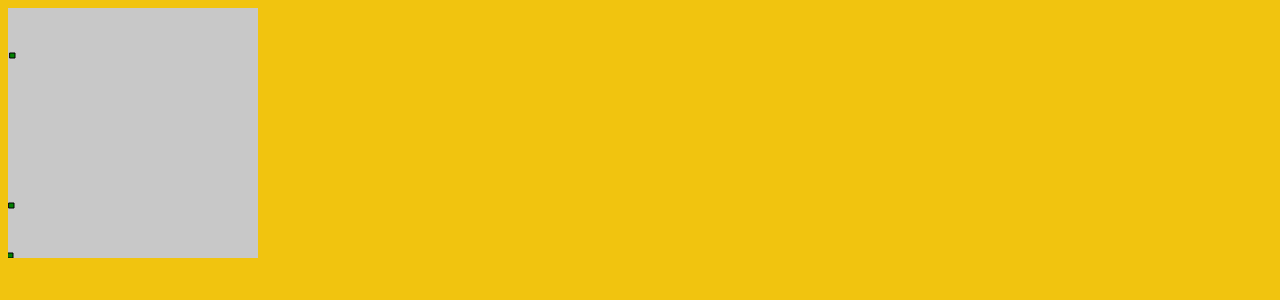
Repository: animarcus/graphing-app
Page: index.html
The author's editor kept a copy of each file at every save. The page is drawn from the files as they stood at one save, then again after a run of saves.
The browser window is 1280 px wide. The pictures show the whole page.
Some web libraries are served in a nearby version.

Above is the page before, as saved 2020-09-26 18:57:31.

### index.html
<!DOCTYPE html>
<html lang="en">
<head>
  <link rel="apple-touch-icon"sizes="180x180"href="/icons/apple-touch-icon.png">
  <link rel="icon"type="image/png"sizes="32x32"href="/icons/favicon-32x32.png">
  <link rel="icon"type="image/png"sizes="16x16"href="/icons/favicon-16x16.png">
  <link rel="manifest"href="/icons/site.webmanifest">

  <link rel="stylesheet" href="css/style.css">
  <meta charset="UTF-8">
  <meta name="viewport" content="width=device-width, initial-scale=1.0, maximum-scale=1.0, user-scalable=0">
  <title>PLACEHOLDER</title>

  <script type="text/javascript" src="https://cdn.jsdelivr.net/npm/p5@1.1.4/lib/p5.min.js"></script>
  <script src="js/sketch.js"></script>
</head>
<body>
  <div id="canvas1"></div>
</body>
</html>

### css/style.css
* {
  cursor: default;
  /* -webkit-touch-callout: none;
  -webkit-user-select: none;
  -khtml-user-select: none;
  -moz-user-select: none;
  -ms-user-select: none;
  user-select: none; */
}
body {
  background: #f1c40f;
  height: 100%;
  overflow-y: hidden;
  overflow-x: hidden;
  /* border-radius: 50%; */
}

/* #canvas1 {
  position: absolute;
  top:50%;
  left:50%;
  transform: translate(-50%,-50%);
} */

### js/sketch.js
function setup() {
  createCanvas(250,250);
}
let images = [];
for (let x = 0; x < 500; x = x + 10) {
  let result = (x*x)/2;
  result = -result + 245;
  images.push(result);
}

console.table(images);

function draw() {
  background(200);
  fill(color("green"));
  for (let x = 0; x < images.length; x++) {
    rect(x,images[x], 5,5);
  }
}

After the next 3 saves:
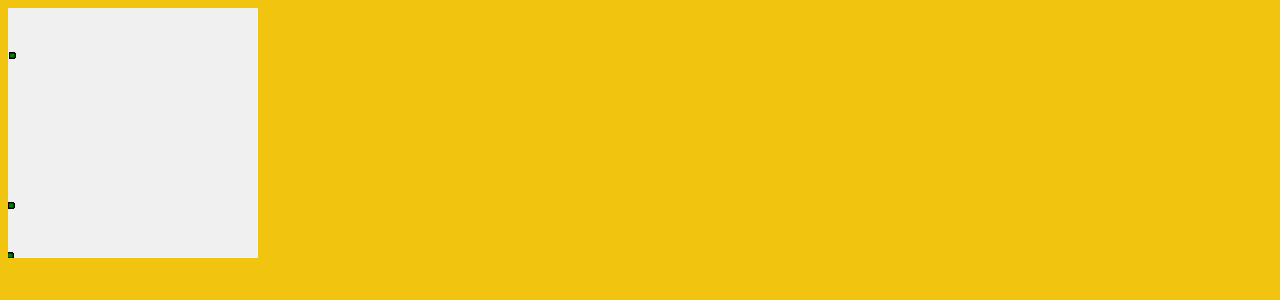
The 3 saves are shown as one change because they came seconds apart.
The last was saved 68 s later.
--- a/js/sketch.js
+++ b/js/sketch.js
@@ -1,6 +1,13 @@
+
+
+
 function setup() {
-  createCanvas(250,250);
+  let canvas = createCanvas(250,250);
+  canvas.parent("canvas1");
+  background(240);
 }
+
+
 let images = [];
 for (let x = 0; x < 500; x = x + 10) {
   let result = (x*x)/2;
@@ -11,7 +18,7 @@ for (let x = 0; x < 500; x = x + 10) {
 console.table(images);
 
 function draw() {
-  background(200);
+
   fill(color("green"));
   for (let x = 0; x < images.length; x++) {
     rect(x,images[x], 5,5);
